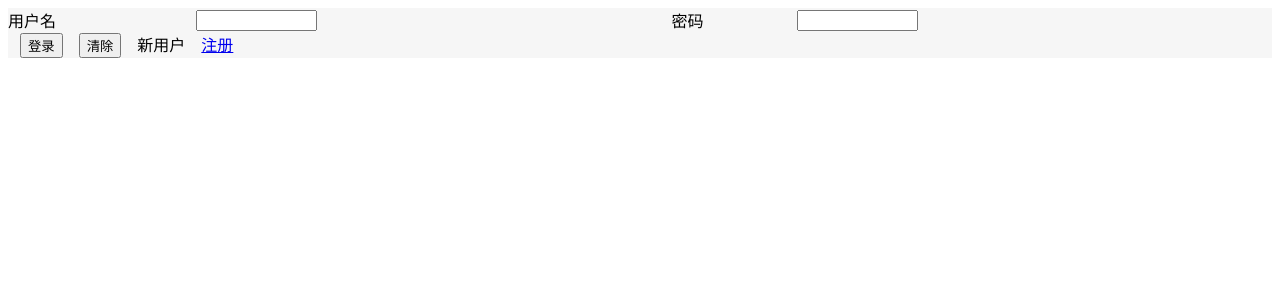
Repository: Jefsky/phonemarket
Page: http://localhost/phonemarket/user/login.jsp
The author's editor kept a copy of each file at every save. The page is drawn from the files as they stood at one save, then again after the next save.
The browser window is 1280 px wide. The pictures show the whole page.
The page is served by Tomcat 9. Other server files are loaded and not shown.

Above is the page before, as saved 2014-06-26 01:56:52.

### phonemarket/phonemarket/WebContent/user/login.jsp
<%@ page contentType="text/html; charset=utf-8" language="java" import="java.sql.*" errorPage="" %>
<!DOCTYPE html PUBLIC "-//W3C//DTD XHTML 1.0 Transitional//EN" "http://www.w3.org/TR/xhtml1/DTD/xhtml1-transitional.dtd">
<html xmlns="http://www.w3.org/1999/xhtml">
<head>
<meta http-equiv="Content-Type" content="text/html; charset=utf-8" />
<title>login</title>
<SCRIPT LANGUAGE="javascript">
<!--
	function CheckSubmit(thisform){ //focus()方法，将光标定位于输出栏目
		with(thisform){
			if(userid.value==null || userid.value=="" ){
				alert("请输入用户名!");
				userid.focus();
				return false;
			}else if(userid.value.indexOf("'")!=-1){
				alert("用户名不能包含单引号,空格等字符!");
				userid.focus();
				return false;
			}
			if(password.value==null || password.value=="" ){
				alert("请输入密码!");
				password.focus();
				return false;
			}
		}
		return true;
	}
//-->
</SCRIPT>
</head>

<body>
<%
	String s_userid=(String)session.getAttribute("userid");
	if(s_userid==null){
%>
<form name="loginform" action="/phonemarket/QueryByIdPwServlet" method="post" onsubmit="return CheckSubmit(this)">
	<table width="100%" border="0" cellpadding="0" cellspacing="0" bgcolor="#f6f6f6" class="td">
		<tr>
			<td>用户名</td>
			<td><input name="userid" type="text" class="formtext" size="12"></td>
			<td >密码</td>
			<td ><input name="password" type="password" class="formtext" size="12"></td>
		</tr>
		<tr>
			<td colspan="4">
			 &nbsp&nbsp&nbsp<input name="loginbutton" type="submit" value="登录">
			 &nbsp&nbsp&nbsp<input type="reset" value="清除">
			 	&nbsp&nbsp&nbsp新用户&nbsp&nbsp&nbsp&nbsp;<a href="register.jsp">注册</a>
			</td>
		</tr>
	</table>
</form>
<%
	}else{
%>
	<table width="100%" border="0" cellpadding="0" bgcolor="#f6f6f6" class="td">
		<tr>
			<td width="30" colspan="4">&nbsp&nbsp&nbsp您好！<%=s_userid %>
			欢迎来到化腾晓枫手机商城</td>
		</tr>
		<tr>
			<td><a href="passwordedit.jsp">&nbsp&nbsp&nbsp修改登陆密码</a></td>
			<td><a href="userinfoedit.jsp">维护个人信息</a></td>
			<td><a href="myorder.jsp">查看历史订单</a></td>
			<td><a href="shoppingcart.jsp">查看购书车</a></td>
			<td><a href="index.jsp?op=exit">注销退出</a></td>
	</table>
<%
	}
%>
</body>
</html>

After the next save:
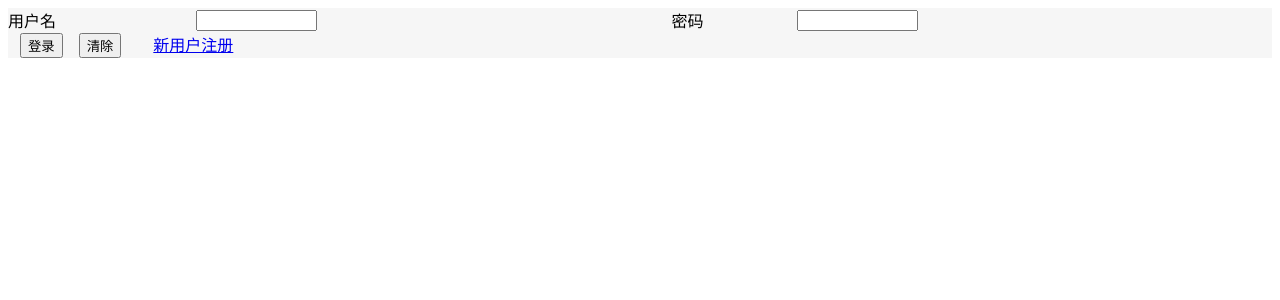
Saved 28 s later.
--- a/phonemarket/phonemarket/WebContent/user/login.jsp
+++ b/phonemarket/phonemarket/WebContent/user/login.jsp
@@ -46,7 +46,7 @@
 			<td colspan="4">
 			 &nbsp&nbsp&nbsp<input name="loginbutton" type="submit" value="登录">
 			 &nbsp&nbsp&nbsp<input type="reset" value="清除">
-			 	&nbsp&nbsp&nbsp新用户&nbsp&nbsp&nbsp&nbsp;<a href="register.jsp">注册</a>
+			 	&nbsp&nbsp&nbsp&nbsp&nbsp&nbsp&nbsp;<a href="register.jsp">新用户注册</a>
 			</td>
 		</tr>
 	</table>
